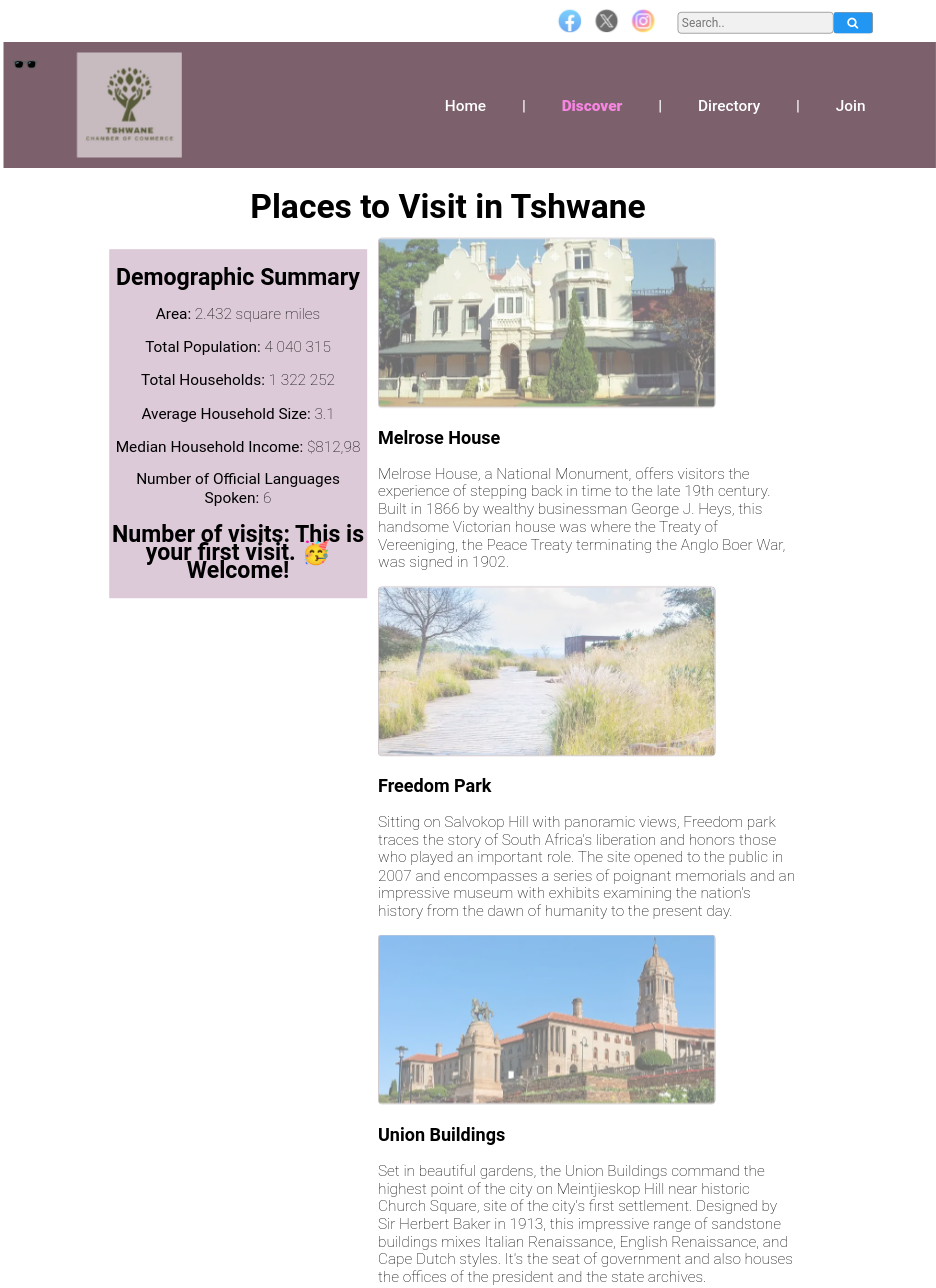
Repository: mszakutumela/wdd230
Page: chamber/discover.html
The author's editor kept a copy of each file at every save. The page is drawn from the files as they stood at one save, then again after a run of saves.
The browser window is 1280 px wide. The page is 1337 px wide, so the pictures cover 1337 px, including what lies to the right of the window. The pictures show the part of the page from y = 0 to 1840 px (the page is 3846 px tall before and 3856 px after), at 70% of full size.
Some web fonts or font styles are not loaded; a fallback is used.

Above is the page before, as saved 2024-02-23 01:39:40.

After the next 2 saves:
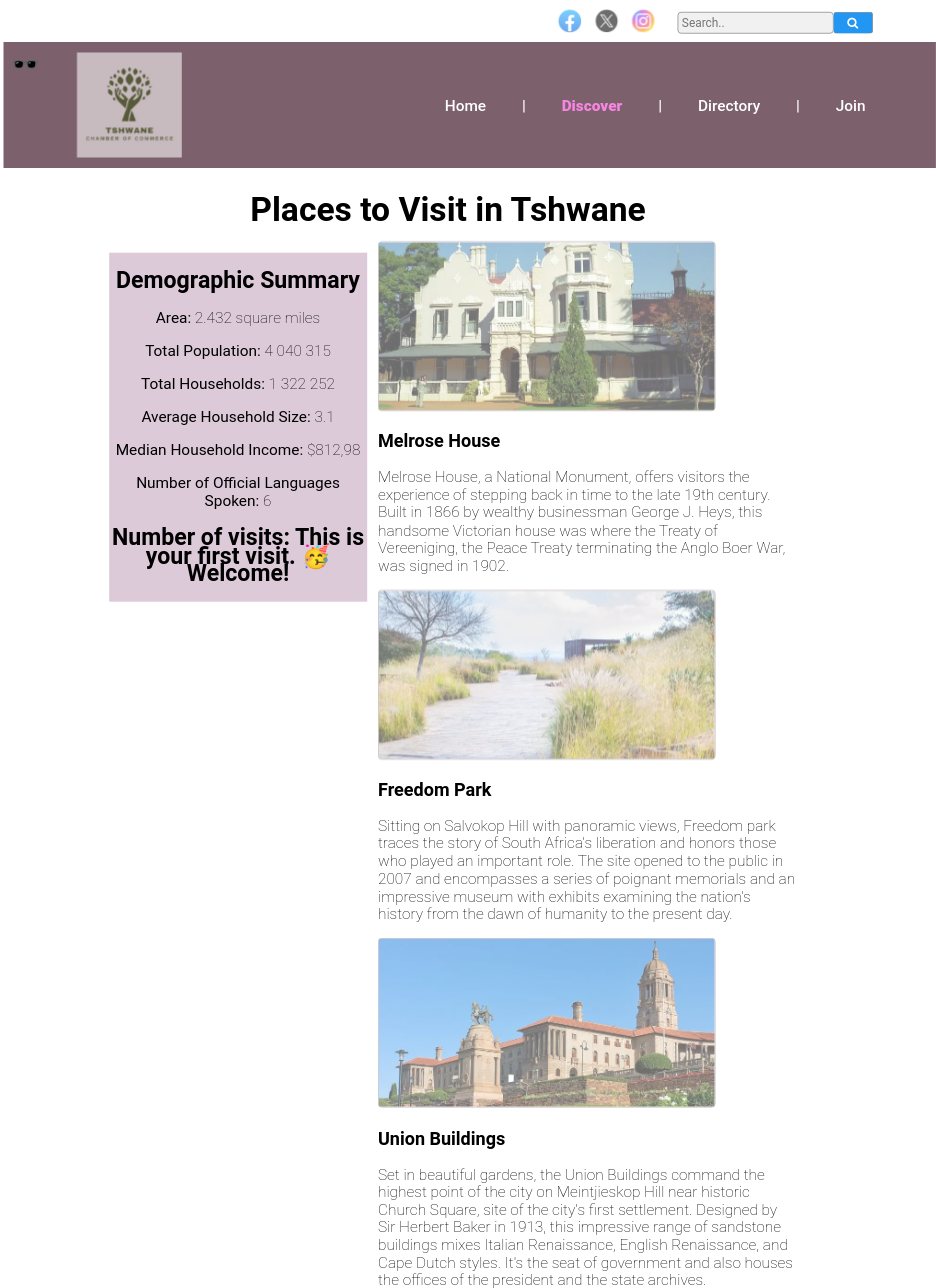
The 2 saves are shown as one change because they came seconds apart.
The last was saved 17 s later.
--- a/chamber/styles/base.css
+++ b/chamber/styles/base.css
@@ -239,8 +239,7 @@
     background-color: #DDCAD9;
     display: flex;
     flex-direction: column;
-    padding: 10px;
-    align-items: center;
+    padding: 15px;
 }
 
 div.discover h1 {
